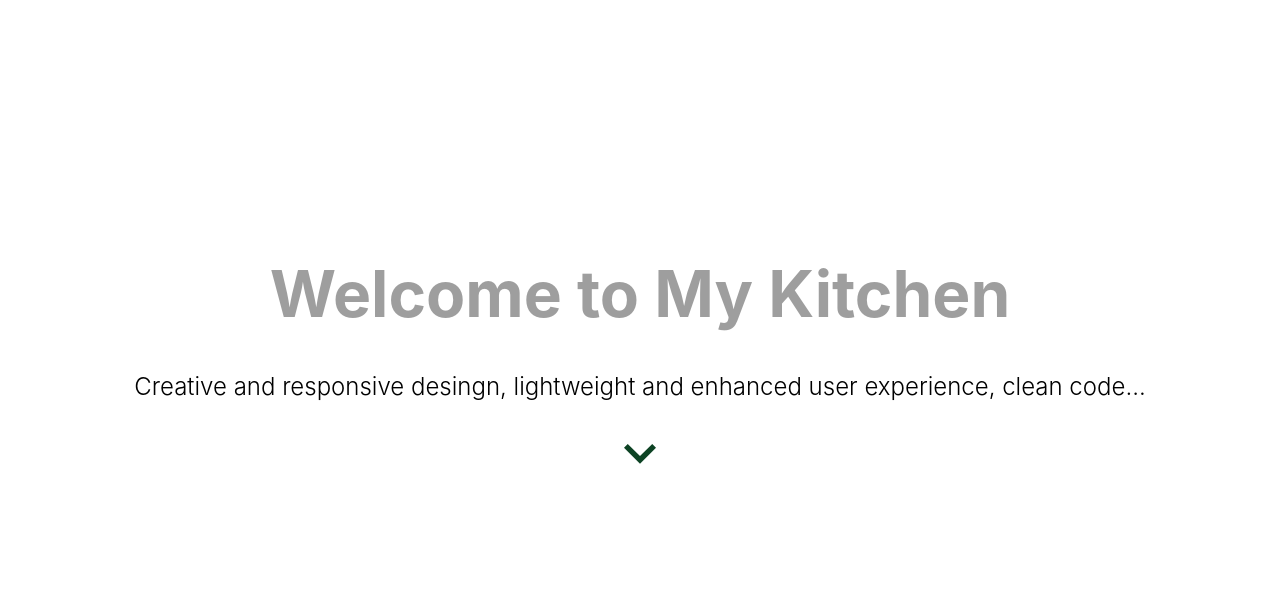
Repository: safak/safak.github.io
Page: /, after clicking the first element matching `svg.MuiSvgIcon-root`
An editor plug-in stored every save of this project. The page is shown before and after the next save, followed by the edit.
The browser window is 1280 px wide. The pictures show the whole page.
Pictures or frames that could not be fetched are drawn as grey boxes. The project was rebuilt for these pictures with package versions that can differ from the ones it lists, and the page was loaded fresh each time. Also part of the build but not shown: src/App.css.

Above is the page before, as saved 2020-08-28 03:42:29.

### public/index.html
<!DOCTYPE html>
<html lang="en">
  <head>
    <meta charset="utf-8" />
    <meta name="viewport" content="width=device-width, initial-scale=1" />
    <meta name="theme-color" content="#000000" />
    <meta
      name="description"
      content="Freelance Fullstack React, Node.js Developer"
    />
    <link
      href="https://fonts.googleapis.com/css2?family=Roboto:ital,wght@0,300;0,400;0,500;0,900;1,100;1,300;1,400;1,500;1,700;1,900&display=swap"
      rel="stylesheet"
    />
    <title>Safak Kocaoglu</title>
  </head>
  <body>
    <noscript>You need to enable JavaScript to run this app.</noscript>
    <div id="root"></div>
  </body>
</html>

### src/App.js
import React from 'react';
import './App.css';
import Introduction from './components/introduction/Introduction';

function App() {
  return (
    <div className="app">
      <Introduction/>
    </div>
  );
}

export default App;

### src/components/introduction/Introduction.js
import React from "react";
import "./Introduction.css";
import { ExpandMore } from "@material-ui/icons";

const Introduction = () => {
  return (
    <div className="introduction">
      <div className="introductionCenter">
        <h1>Welcome to My Kitchen</h1>
        <p>
          Creative and responsive desingn, lightweight and enhanced user
          experience, clean code...
        </p>
      </div>
      <ExpandMore />
    </div>
  );
};

export default Introduction;

### src/components/introduction/Introduction.css
.introduction {
  height: 100vh;
  display: flex;
  flex-direction: column;
  align-items: center;
  justify-content: center;
}

.introductionCenter{
    display: flex;
    flex-direction: column;
    align-items: center;
    justify-content: center;
}

.introductionCenter > h1 {
    font-size: 5vw;
    color: white; /* Fallback: assume this color ON TOP of image */
    -webkit-background-clip: text;
    -webkit-text-fill-color: transparent;
    background-image: url("https://images.pexels.com/photos/236171/pexels-photo-236171.jpeg?auto=compress&cs=tinysrgb&dpr=2&w=500");
    background-attachment: fixed;
    background-position: center;
    background-repeat: no-repeat;
    background-size: cover;
    margin: 20px;
  }

.introductionCenter > p {
  font-size: 24px;
  font-weight: 300;
  margin: 20px;
}

.introduction >.MuiSvgIcon-root {
  font-size: 5vw;
  color: #0d4324;
  bottom: 0;
}

Loaded but not shown: src/index.js (common file); src/index.css (common file)

After the next save:
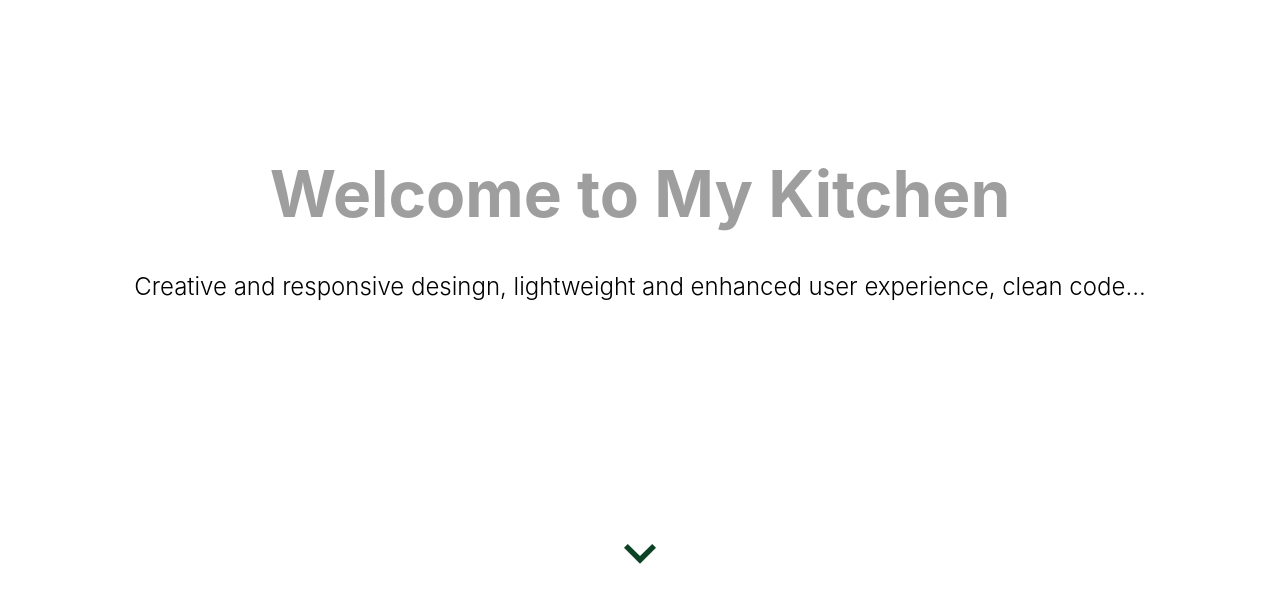
Saved 13 s later.
--- a/src/components/introduction/Introduction.css
+++ b/src/components/introduction/Introduction.css
@@ -35,5 +35,5 @@
 .introduction >.MuiSvgIcon-root {
   font-size: 5vw;
   color: #0d4324;
-  bottom: 0;
+  margin-top: 200px;
 }
